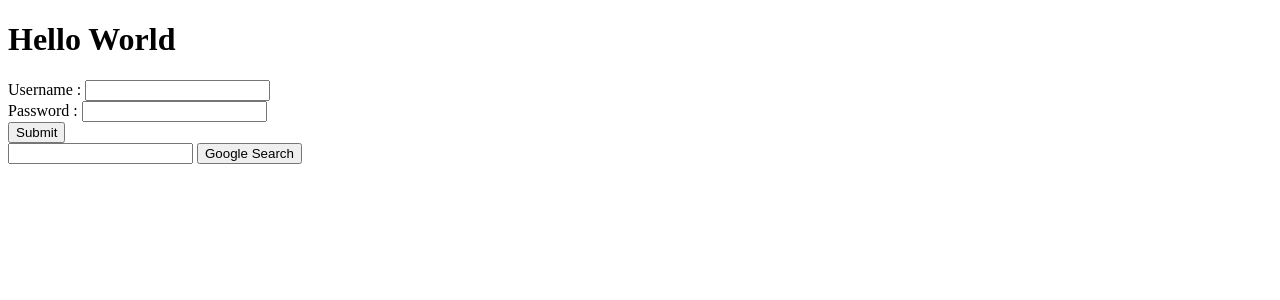
Repository: sunil965/JDBC-Servlet-JSP
Page: SERVLETS/WebContent/index.html
An editor plug-in stored every save of this project. The page is shown before and after the next save, followed by the edit.
The browser window is 1280 px wide. The pictures show the whole page.

Above is the page before, as saved 2017-04-27 11:27:10.

After the next save:
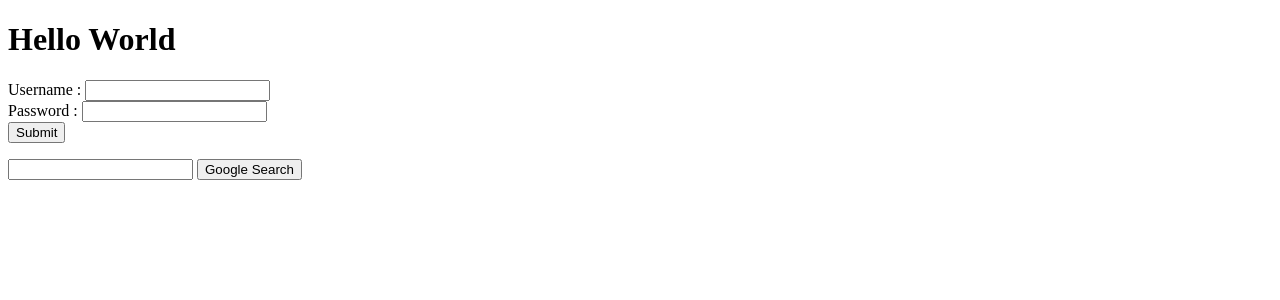
Saved 109 s later.
--- a/SERVLETS/WebContent/index.html
+++ b/SERVLETS/WebContent/index.html
@@ -11,11 +11,11 @@ Username : <input type="text" name="name"><br>
 Password : <input type="password" name="pwd"><br>
 <input type="submit">
 </form>
-
+<p>
 <form action="ServletTwo" method="get">
 <input type="text" name="name">
 <input type="submit" value="Google Search">
 </form>
-
+</p>
 </body>
 </html>
